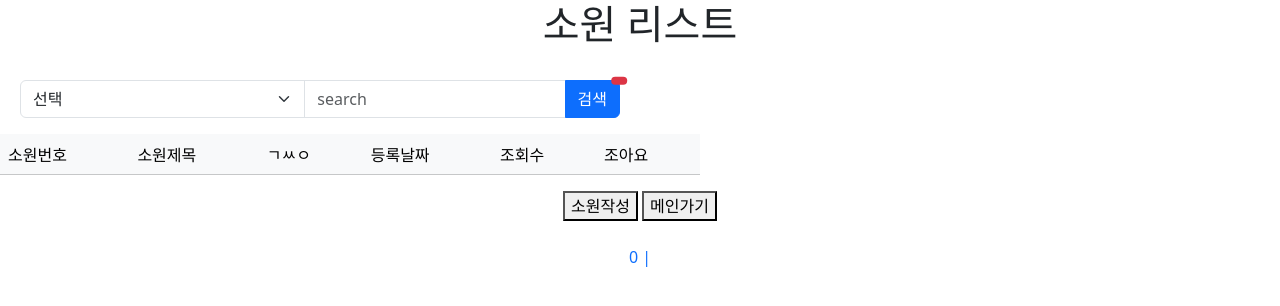
Repository: sujeong1799/JSP
Page: http://localhost/java_study/board/list.jsp
The author's editor kept a copy of each file at every save. The page is drawn from the files as they stood at one save, then again after the next save.
The browser window is 1280 px wide. The pictures show the whole page.
The page is served by Tomcat 9. Other server files are loaded and not shown. The template is opened directly, without the code that normally fills it, so the values that code supplies are empty.

Above is the page before, as saved 2023-05-24 07:17:28.

### jsp_project4-1_과제/java_study/src/main/webapp/board/list.jsp
<%@ page language="java" contentType="text/html; charset=UTF-8"
	pageEncoding="UTF-8"%>
<%@ taglib prefix="c" uri="http://java.sun.com/jsp/jstl/core"%>
<link
	href="https://cdn.jsdelivr.net/npm/bootstrap@5.3.0-alpha3/dist/css/bootstrap.min.css"
	rel="stylesheet"
	integrity="sha384-KK94CHFLLe+nY2dmCWGMq91rCGa5gtU4mk92HdvYe+M/SXH301p5ILy+dN9+nJOZ"
	crossorigin="anonymous">
<!DOCTYPE html>
<html>
<head>
<meta charset="UTF-8">
<title>소원리스트</title>
</head>
<body>
	<h1 align="center">소원 리스트</h1>
	<br>
	<!-- 검색라인 -->
	<div class="col-sm-12 col-md-6" align="center">
		<form action="/brd/page" method="post">
			<div class="input-group mb-3" style="width: 600px">
				<!-- var이름은 마음대로 설정해도 됨 -->
				<c:set value="${pgh.pgvo.type }" var="typed"></c:set>
				<select name="type" class="form-select"
					aria-label="Default select example">
					<!-- selected : 현재 내가 선택한 값 -->
					<option ${typed == null ? 'selected' : '' }>선택</option>
					<option value="t" ${type eq 't' ? 'selected' :'' }>소원제목</option>
					<option value="w" ${type eq 'w' ? 'selected' :'' }>작성자</option>
					<option value="n" ${type eq 'n' ? 'selected' :'' }>소원번호</option>
					<option value="c" ${type eq 'c' ? 'selected' :'' }>소원내용</option>
				</select> <input class="form-control" type="text" name="keyword"
					placeholder="search"> <input type="hidden" name="pageNo"
					value="${pgh.pgvo.pageNo }"> <input type="hidden"
					name="qty" value="${pgh.pgvo.qty }">
				<!-- <button type="submit" class="btn btn-success">Search</button> -->
				<button type="submit" class="btn btn-primary position-relative">
					검색 <span
						class="position-absolute top-0 start-100 translate-middle badge rounded-pill bg-danger">
						${pgh.totalCount } <span class="visually-hidden"></span>
					</span>
				</button>
			</div>
		</form>
	</div>
	<div style="width: 700px;" align="center">
		<table class="table table-hover">
			<thead class="table-light">
				<tr>
					<td>소원번호</td>
					<td>소원제목</td>
					<td>ㄱㅆㅇ</td>
					<td>등록날짜</td>
					<td>조회수</td>
					<td>조아요</td>
				</tr>
			</thead>
			<tbody>
				<c:forEach items="${list }" var="bvo">
					<tr>
						<td>${bvo.bno }</td>
						<td><a href="/brd/detail?bno=${bvo.bno }">${bvo.title }</a></td>
						<td>${bvo.writer}</td>
						<td>${bvo.reg_date }</td>
						<td>${bvo.read_count }</td>
						<td>${bvo.like_count }</td>
					</tr>
				</c:forEach>
			</tbody>
		</table>
	</div>
	<div align="center">
		<a href="/board/register.jsp"><button>소원작성</button></a> <a href="/"><button>메인가기</button></a>
	</div>
	<br>

	<!-- 페이지네이션위치 -->
	<!-- 컨트롤러에서 page 정보를 싣고 와야함 -->
	<!-- startPage부터 endPage까지 숫자 반복 forEach를 사용한다. -->
	<div align="center">
		<c:if test="${pgh.prev }">
			<a
				href="/brd/page?pageNo=${pgh.startPage-1 }&qty=${pgh.pgvo.qty}&type=${pgh.pgvo.type}&keyword=${pgh.pgvo.keyword}"
				style="text-decoration: none"> 이전 </a>
		</c:if>

		<c:forEach begin="${pgh.startPage }" end="${pgh.endPage }" var="i">
			<!-- 현재 페이지 넘버를 싣고 갈거임 -->
			<!-- pgh.pgvo.qty 이거는 변경가능함... -->
			<a
				href="/brd/page?pageNo=${i }&qty=${pgh.pgvo.qty}&type=${pgh.pgvo.type}&keyword=${pgh.pgvo.keyword}"
				style="text-decoration: none">${i } | </a>
		</c:forEach>

		<!-- 다음페이지 -->
		<c:if test="${pgh.next }">
			<a
				href="/brd/page?pageNo=${pgh.endPage+1 }&qty=${pgh.pgvo.qty}&type=${pgh.pgvo.type}&keyword=${pgh.pgvo.keyword}"
				style="text-decoration: none"> 다음 </a>
		</c:if>
	</div>


</body>
</html>

After the next save:
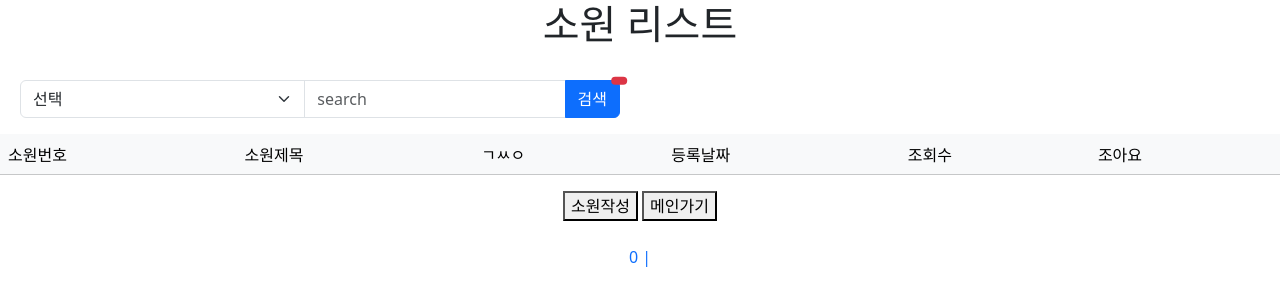
Saved 4 min 48 s later.
--- a/jsp_project4-1_과제/java_study/src/main/webapp/board/list.jsp
+++ b/jsp_project4-1_과제/java_study/src/main/webapp/board/list.jsp
@@ -43,7 +43,7 @@
 			</div>
 		</form>
 	</div>
-	<div style="width: 700px;" align="center">
+	<div  align="center">
 		<table class="table table-hover">
 			<thead class="table-light">
 				<tr>
